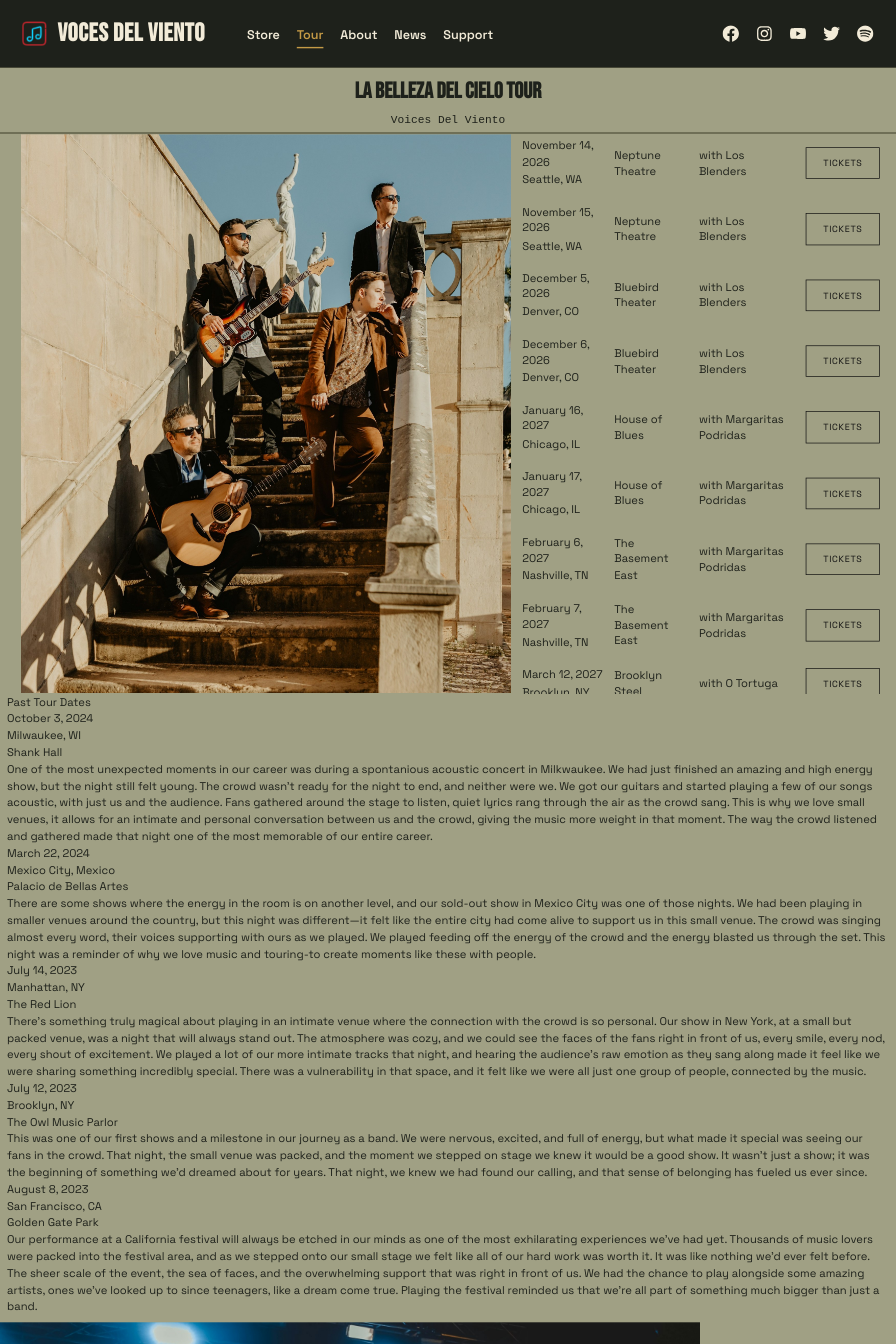
Repository: lime929/voices-del-viento
Page: /tour
An editor plug-in stored every save of this project. The page is shown before and after the next save, followed by the edit.
The browser window is 1280 px wide. The pictures show the part of the page from y = 0 to 1920 px (the page is 9957 px tall), at 70% of full size.
An inner scrolling area shows only its first screen. The project was rebuilt for these pictures with package versions that can differ from the ones it lists, and the page was loaded fresh each time. The framework's server and built-in components were replaced by stand-ins that run in the browser. Also part of the build but not shown: next.config.mjs.

Above is the page before, as saved 2026-09-14 15:36:16.

### app/layout.jsx
import '../app/globals.css';
import Footer from '../app/components/Footer';
import NavBar from '../app/components/NavBar';


export const metadata = {
  title: "Voces del Viento",
  description:
    "Voces del Viento is a Mexican indie rock band from Michoacán, blending classic Latin rock influences with modern sounds inspired by Caifanes, Juanes, and Los Enanitos Verdes. Discover their heartfelt music, cultural roots, and energetic live performances.",
  keywords: [
    "Voces del Viento",
    "Mexican indie rock",
    "Michoacán, Mexico",
    "Latin rock",
    "Alternative music",
    "band from Mexico",
    "indie music",
  ],
};

export default function MainLayout({ children }) {
  return (
    <html lang="en">
      <body>
        <NavBar />
        {children}
        <Footer />
      </body>
    </html>
  );
}

### app/tour/page.jsx
import styles from "./page.module.css";
import TourCurrent from "../components/TourCurrent";
import TourPast from "../components/TourPast";
import tours from "./tours.json";
import Image from "next/image";
import tourImage from "../../public/images/tour/tourImage.jpg";
import TourGallery from "../components/TourGallery";

export const metadata = {
  title: "Voces del Viento | Tour",
  description: "Live performances and tour dates for Voces del Viento. Check out our upcoming concerts and events.",
  keywords: [
    "Voces del Viento",
    "Concert announcements",
    "Live performances",
    "Tour dates",
    "Music events",
    "Band tour",
    "Live music",
    "Concert schedule",
    "Tour updates",
    "Music tour"
  ]
};

export default function TourPage() {
  const upcomingTours = tours.filter((tour) => tour.status === "upcoming");
  const pastTours = tours.filter((tour) => tour.status === "past");

  return (
    <>
      <div className={styles.tourContainer}>
      <div className={styles.tourHeader}>
        <h2 className={styles.tourTitle}>La Belleza del Cielo Tour</h2>
        <h4 className={styles.bandName}>Voices Del Viento</h4>
      </div>
       <div className={styles.currentColumns}>
  <div className={styles.currentTourImageWrap}>
          <Image
            src={tourImage}
            alt="Band's Tour image"
            width={700}
            height={800}
            sizes="100vw"
            className={styles.tourImage}
          />
        </div>
          <div className={styles.currentTourList}>
            {upcomingTours.map((tour) => (
            <TourCurrent key={tour.id} tour={tour} />
          ))}
          </div>
        </div>

        <div className={styles.pastTourList}>
          <h3 className={styles.pastTourTitle}>Past Tour Dates</h3>
          {pastTours.map((tour) => (
            <TourPast key={tour.id} tour={tour} />
          ))}
        </div>
      </div>
      <TourGallery />
    </>
  );
}

### app/globals.css
/* @import url("https://fonts.googleapis.com/css2?family=Bebas+Neue&family=DM+Sans:opsz,wght@9..40,400;9..40,500;9..40,600;9..40,700&family=Space+Mono:wght@400;700&display=swap");
@import url('https://fonts.googleapis.com/css2?family=Space+Grotesk:wght@300..700&display=swap'); */

@import url('https://fonts.googleapis.com/css2?family=Archivo+Black&family=Bebas+Neue&family=DM+Sans:ital,opsz,wght@0,9..40,100..1000;1,9..40,100..1000&family=Oswald:wght@200..700&family=Roboto+Mono:ital,wght@0,100..700;1,100..700&family=Space+Grotesk:wght@300..700&display=swap');
@import "tailwindcss";

@theme {
      /* Large headings and album titles */
  --font-display: "Bebas Neue", sans-serif;
    /* Paragraphs, navigation, and buttons */
  --font-body: "Space Grotesk", sans-serif;
    /* Dates, labels, and small details */
  --font-mono: "Space Mono", monospace;

    /* Main page background */
  --color-band-bg: #A0A084;
    /* Main text, dark sections & footer */
  --color-band-ink: #1E211B;
    /* Text on dark/red backgrounds */
  --color-band-cream: #F2EBD8;
    /* Borders and secondary accents */
  --color-band-olive: #5a5a44;
    /* Small highlights and labels */
  --color-band-gold: #C49A46;
}

body {
  font-family: var(--font-body);
  background-color: var(--color-band-bg);
  color: var(--color-band-ink);
  margin: 0;
  padding: 0;
}

### app/components/Footer.jsx
export default function Footer() {
  return (
    <footer className="border-t border-band-olive bg-band-ink py-8 px-4 sm:px-6">
      <div className="mx-auto max-w-6xl">
        <div className="flex flex-col items-center justify-between gap-8 text-sm md:flex-row">
          {/* Copyright */}
          <div className="order-2 text-center md:order-1 md:text-left">
            <p className="font-semibold text-band-cream">
              © {new Date().getFullYear()}{' '}
              <span className="font-black text-band-cream">Voices Del Viento</span>
            </p>
            <p className="mt-1 font-mono text-xs tracking-wider text-band-gold">
              Made with Next.js & Tailwind by Liliana Mendez
            </p>
          </div>

          {/* Right links */}
          <nav className="order-1 flex items-center gap-6 md:order-2">
            <a
              href="/store"
              className="border-b-2 border-transparent pb-1 text-sm font-semibold text-band-cream transition-all duration-200 hover:border-band-gold hover:text-band-gold"
            >
              Store
            </a>
            <a
              href="/tour"
              className="border-b-2 border-transparent pb-1 text-sm font-semibold text-band-cream transition-all duration-200 hover:border-band-gold hover:text-band-gold"
            >
              Tour
            </a>
            <a
              href="/about"
              className="border-b-2 border-transparent pb-1 text-sm font-semibold text-band-cream transition-all duration-200 hover:border-band-gold hover:text-band-gold"
            >
              About
            </a>
            <a
              href="/news"
              className="border-b-2 border-transparent pb-1 text-sm font-semibold text-band-cream transition-all duration-200 hover:border-band-gold hover:text-band-gold"
            >
              News
            </a>
            <a
              href="/support"
              className="border-b-2 border-transparent pb-1 text-sm font-semibold text-band-cream transition-all duration-200 hover:border-band-gold hover:text-band-gold"
            >
              Support
            </a>
          </nav>
        </div>
      </div>
    </footer>
  );
}

### app/components/NavBar.jsx
'use client';
import { useState } from "react";
import Link from "next/link";
import Image from "next/image";
import { usePathname } from "next/navigation";
import { FaBars, FaTimes, FaFacebook, FaInstagram, FaYoutube, FaTwitter,FaSpotify } from "react-icons/fa";
import logoIcon from '../../app/icon.png';

export default function NavBar() {
  const [isMobileMenuOpen, setIsMobileMenuOpen] = useState(false);
  const pathname = usePathname();

  return (
    <>
      <nav className="bg-band-ink border-b border-band-olive sticky top-0 z-50">
        <div className="px-4 lg:px-6">
          <div className="relative flex h-24 items-center justify-between">

            {/* Mobile menu button: always positioned absolute left and hidden on md+ screens */}
            <div className="absolute inset-y-0 left-0 flex items-center md:hidden">
              <button
                onClick={() => setIsMobileMenuOpen(!isMobileMenuOpen)}
                className="inline-flex items-center justify-center p-2 rounded-md text-band-cream hover:text-band-gold hover:bg-band-olive/20 focus:outline-none focus:ring-2 focus:ring-band-gold"
                aria-controls="mobile-menu"
                aria-expanded={isMobileMenuOpen}
              >
                <span className="sr-only">Open main menu</span>
                {isMobileMenuOpen ? (
                  <FaTimes className="block h-6 w-6" />
                ) : (
                  <FaBars className="block h-6 w-6" />
                )}
              </button>
            </div>

            <div className="flex flex-1 items-center justify-center md:justify-start">
              <Link href="/" className="flex flex-shrink-0 items-center gap-2 hover:opacity-90 transition">
                <Image
                  src={logoIcon}
                  alt="Voices Del Viento Logo"
                  width={50}
                  height={50}
                  priority
                />

                <span className="hidden font-display text-4xl font-bold uppercase tracking-wide text-band-cream transition-colors hover:text-band-gold md:block md:mr-9">
                Voces Del Viento
                </span>
              </Link>


              <div className="hidden md:ml-6 md:block md:pt-2">
                <div className="flex space-x-4 lg:space-x-6">
                  <Link
                    href="/store"
                    className={`${
                      pathname === "/store" ? "border-b-2 border-band-gold text-band-gold" : "border-b-2 border-transparent text-band-cream hover:text-band-gold hover:border-band-gold"
                    } text-lg font-semibold pb-1 transition-all`}
                  >
                    Store
                  </Link>
                  <Link
                    href="/tour"
                    className={`${
                      pathname === "/tour" ? "border-b-2 border-band-gold text-band-gold" : "border-b-2 border-transparent text-band-cream hover:text-band-gold hover:border-band-gold"
                    } text-lg font-semibold pb-1 transition-all`}
                  >
                    Tour
                  </Link>
                  <Link
                    href="/about"
                    className={`${
                      pathname === "/about" ? "border-b-2 border-band-gold text-band-gold" : "border-b-2 border-transparent text-band-cream hover:text-band-gold hover:border-band-gold"
                    } text-lg font-semibold pb-1 transition-all`}
                  >
                    About
                  </Link>
                  <Link
                    href="/news"
                    className={`${
                      pathname === "/news" ? "border-b-2 border-band-gold text-band-gold" : "border-b-2 border-transparent text-band-cream hover:text-band-gold hover:border-band-gold"
                    } text-lg font-semibold pb-1 transition-all`}
                  >
                    News
                  </Link>
                  <Link
                    href="/support"
                    className={`${
                      pathname === "/support" ? "border-b-2 border-band-gold text-band-gold" : "border-b-2 border-transparent text-band-cream hover:text-band-gold hover:border-band-gold"
                    } text-lg font-semibold pb-1 transition-all`}
                  >
                    Support
                  </Link>
                </div>
              </div>
            </div>

            <div className="absolute inset-y-0 right-0 flex items-center pr-2 md:static md:ml-6 md:pr-0">
              <div className="flex items-center gap-2 text-band-cream">
             <button className="relative p-2 rounded-full transition-transform duration-250 ease-in-out hover:scale-110 hover:text-band-gold">
                    <FaFacebook className="h-6 w-6" />
                </button>
             <button className="relative p-2 rounded-full transition-transform duration-250 ease-in-out hover:scale-110 hover:text-band-gold">
                    <FaInstagram className="h-6 w-6" />
                </button>
             <button className="relative p-2 rounded-full transition-transform duration-250 ease-in-out hover:scale-110 hover:text-band-gold">
                    <FaYoutube className="h-6 w-6" />
                </button>
             <button className="relative p-2 rounded-full transition-transform duration-250 ease-in-out hover:scale-110 hover:text-band-gold">
                    <FaTwitter className="h-6 w-6" />
                </button>
            <button className="relative p-2 rounded-full transition-transform duration-250 ease-in-out hover:scale-110 hover:text-band-gold">
                    <FaSpotify className="h-6 w-6" />
                </button>
              </div>
            </div>
          </div>
        </div>

        {/* Mobile menu */}
        {isMobileMenuOpen && (
          <div className="md:hidden bg-band-ink/95 backdrop-blur-md border-t border-band-olive px-4 pb-4 pt-2 space-y-1">
            <Link
              href="/store"
              className={`${
                pathname === "/store" ? "bg-band-olive/20 text-band-cream" : "border-b-2 border-transparent text-band-cream hover:bg-band-olive/20 hover:text-band-gold"
              } block rounded-md px-3 py-3 text-base font-semibold transition-colors`}
              onClick={() => setIsMobileMenuOpen(false)}
            >
              Store
            </Link>
            <Link
              href="/tour"
              className={`${
                pathname === "/tour" ? "bg-band-olive/20 text-band-cream" : "border-b-2 border-transparent text-band-cream hover:bg-band-olive/20 hover:text-band-gold"
              } block rounded-md px-3 py-3 text-base font-semibold transition-colors`}
              onClick={() => setIsMobileMenuOpen(false)}
            >
              Tour
            </Link>
            <Link
              href="/about"
              className={`${
                pathname === "/about" ? "bg-band-olive/20 text-band-cream" : "border-b-2 border-transparent text-band-cream hover:bg-band-olive/20 hover:text-band-gold"
              } block rounded-md px-3 py-3 text-base font-semibold transition-colors`}
              onClick={() => setIsMobileMenuOpen(false)}
            >
              About
            </Link>
            <Link
              href="/news"
              className={`${
                pathname === "/news" ? "bg-band-olive/20 text-band-cream" : "border-b-2 border-transparent text-band-cream hover:bg-band-olive/20 hover:text-band-gold"
              } block rounded-md px-3 py-3 text-base font-semibold transition-colors`}
              onClick={() => setIsMobileMenuOpen(false)}
            >
              News
            </Link>
            <Link
              href="/support"
              className={`${
                pathname === "/support" ? "bg-band-olive/20 text-band-cream" : "border-b-2 border-transparent text-band-cream hover:bg-band-olive/20 hover:text-band-gold"
              } block rounded-md px-3 py-3 text-base font-semibold transition-colors`}
              onClick={() => setIsMobileMenuOpen(false)}
            >
              Support
            </Link>
          </div>
        )}
      </nav>
    </>
  );
}

### app/tour/page.module.css
/* Tour banner */
.tourContainer {
  display: flex;
  flex-direction: column;
  padding: 10px;
  background-color: var(--color-band-bg);
}

.tourHeader {
    align-items: center;
    text-align: center;
    width: 100vw;
    margin-left: calc(50% - 50vw);
    box-sizing: border-box;
}

.bandName {
  font-family: var(--font-mono);
  border-bottom: 2px solid var(--color-band-olive);
  padding-bottom: 5px;
}

.tourTitle {
  font-size: 2rem;
  font-weight: bold;
  margin-bottom: 5px;
  color: var(--color-band-ink);
  font-family: var(--font-display);
}

/* current tour entries */
.currentColumns {
  display: grid;
  grid-template-columns: 1fr 1fr;
  align-items: center;
  width: 100%;
}

.currentTourImageWrap {
  width: 700px;
  margin-top: 0;
  margin-left: 20px
}

.tourImage {
  width: 100%;
  height: auto;
  display: block;
}

.currentTourList {
  display: flex;
  flex-direction: column;
  gap: 0;
  max-height: 800px;
  overflow-y: auto;
  padding-right: 0.5rem;
}

.tourEntry {
  display: grid;
  grid-template-columns: 1.1fr 1fr 1.3fr auto;
  grid-template-rows: auto auto;
  align-items: center;
  gap: 1rem;
  padding: 0.4rem 0.3rem 0.1rem 1rem;
}

.tourEntry:hover {
  background-color: rgba(0, 0, 0, 0.05);
  transition: background-color 0.2s ease;
}

.tourDateLocation {
  display: flex;
  flex-direction: column;
  gap: 0.2rem;
}

.tourDateCell,
.tourLocationCell,
.tourVenueCell,
.tourGuestCell {
  font-size: 1rem;
  line-height: 1.4;
  margin: 0;
}

.tourTickets {
  justify-self: end;
  padding: 0.75rem 1.5rem;
  border: 1px solid #111;
  text-decoration: none;
  color: #111;
  text-transform: uppercase;
  letter-spacing: 0.08em;
  font-size: 0.8rem;
  transition: background-color 0.2s ease, color 0.2s ease;
}

.tourTickets:hover {
  background-color: #111;
  color: #fff;
}

/* smaller screens */
/* dates appear below img */
@media (width <= 768px) {
  .tourContainer {
    display: flex;
    flex-direction: column;
  }

  .currentColumns {
    display: flex;
    flex-direction: column;
    width: 100%;
  }

  .currentTourImageWrap {
    width: 100%;
    margin-left: 0;
  }
}

/* Tour Gallery */
/* Default thumbnail styling */
.tourGalleryImage {
  width: 100%;
  height: auto;
  cursor: zoom-in;
  transition: transform 0.3s ease; /* Smooth enlargement effect */
}

/* Styling applied when the image is clicked */
.tourGalleryImage.enlarged {
  transform: scale(2); /* Doubles the size. Adjust the scale ratio as needed */
  cursor: zoom-out;
  z-index: 999;        /* Layers it above other elements */
  position: relative;  /* Ensures z-index takes effect */
}

### app/components/TourCurrent.jsx
import styles from "../tour/page.module.css";

export default function TourCurrent({ tour }) {
  return (
    <div className={styles.tourEntry}>
      <div className={styles.tourDateLocation}>
        <div className={styles.tourDateCell}>{tour.date}</div>
        <div className={styles.tourLocationCell}>{tour.location}</div>
      </div>

      <div className={styles.tourVenueCell}>{tour.venue}</div>

      {tour.specialGuest && (
        <div className={styles.tourGuestCell}>{tour.specialGuest}</div>
      )}

      {tour.tickets && (
        <a
          href={tour.tickets.href}
          className={styles.tourTickets}
          target="_blank"
        >
          {tour.tickets.label}
        </a>
      )}
    </div>
  );
}

### app/components/TourPast.jsx
import styles from "../tour/page.module.css";

export default function TourPast({ tour }) {
  return (
  <>
    <div className={styles.pastTour}>
            <p className={styles.tourDate}>{tour.date}</p>
            <p className={styles.tourLocation}>{tour.location}</p>
            <p className={styles.tourVenue}>{tour.venue}</p>
            <p className={styles.tourDescription}>{tour.description}</p>
    </div>
  </>
  );
}

### app/components/TourGallery.jsx
"use client";

import { useState } from "react";
import Image from "next/image";
import styles from "../tour/page.module.css";
import tour1 from "../../public/images/tour/tour-1.jpg";
import tour2 from "../../public/images/tour/tour-2.jpg";
import tour3 from "../../public/images/tour/tour-3.jpg";
import tour4 from "../../public/images/tour/tour-4.jpg";
import tour5 from "../../public/images/tour/tour-5.jpg";
import tour6 from "../../public/images/tour/tour-6.jpg";
import tour7 from "../../public/images/tour/tour-7.jpg";
import tour8 from "../../public/images/tour/tour-8.jpg";

const images = [tour1, tour2, tour3, tour4, tour5, tour6, tour7, tour8];

export default function TourGallery() {
  const [selectedImage, setSelectedImage] = useState(images[0]);

  return (
    <div className={styles.tourGallery}>
      <div className={styles.tourSpotlight}>
        <Image
          src={selectedImage}
          alt="Selected tour image"
          width={1000}
          height={800}
          className={styles.tourSpotlightImage}
        />
      </div>

      <div className={styles.tourGalleryGrid}>
        {images.map((image, index) => (
          <button
            key={index}
            type="button"
            className={styles.tourGalleryThumbButton}
            onClick={() => setSelectedImage(image)}
            aria-label={`View tour image ${index + 1}`}
          >
            <Image
              src={image}
              alt={`Tour Image ${index + 1}`}
              width={300}
              height={240}
              className={styles.tourGalleryImage}
            />
          </button>
        ))}
      </div>
    </div>
  );
}

Loaded but not shown: app/tour/tours.json (247 lines, source omitted)

After the next save:
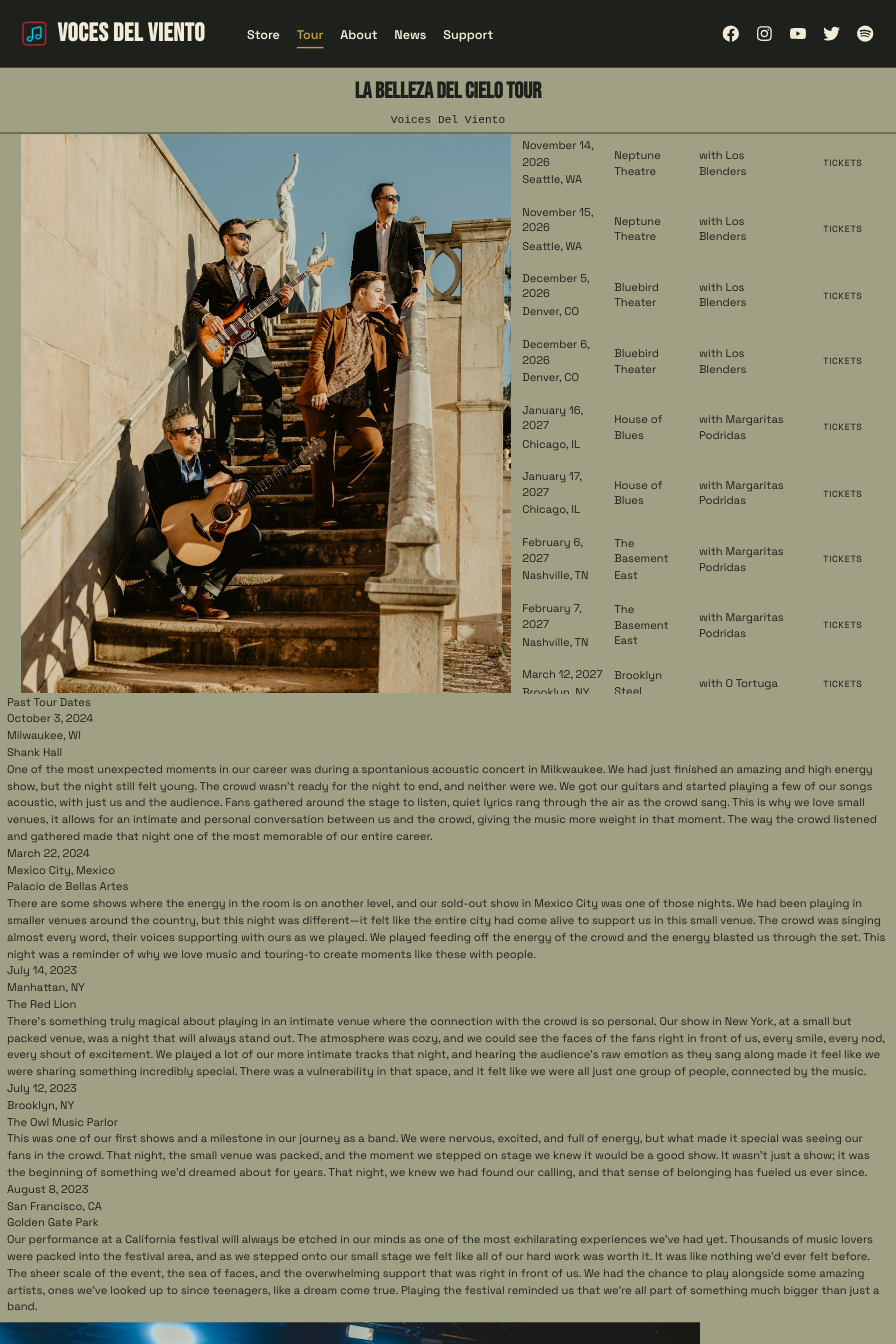
Saved 2 min 49 s later.
--- a/app/tour/page.module.css
+++ b/app/tour/page.module.css
@@ -89,7 +89,7 @@
 .tourTickets {
   justify-self: end;
   padding: 0.75rem 1.5rem;
-  border: 1px solid #111;
+  border: 1px solid var(--color-band-bg);
   text-decoration: none;
   color: #111;
   text-transform: uppercase;
